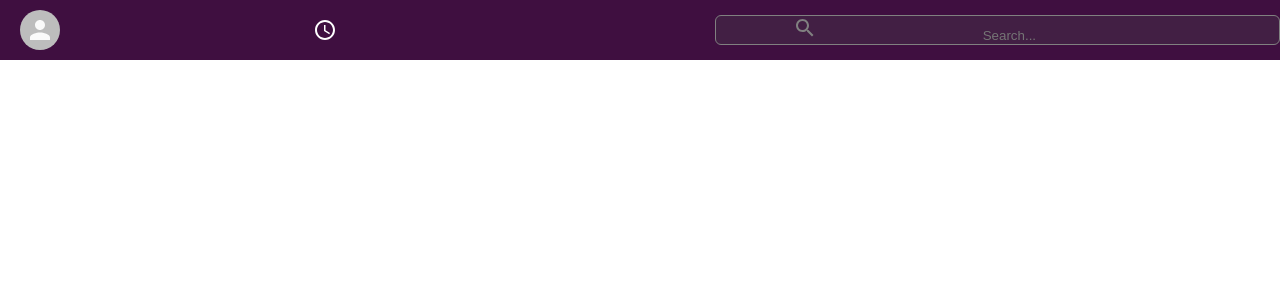
Repository: KrzysKolo/slackClone
Page: /
These files come from the project's save history. The page is drawn as it stood at one moment and after a run of saves; the edit follows.
The browser window is 1280 px wide. The pictures show the whole page.
The project was rebuilt for these pictures with package versions that can differ from the ones it lists, and the page was loaded fresh each time. Also part of the build but not shown: src/App.css.

Above is the page before, as saved 2021-12-22 17:48:24.

After the next 2 saves:
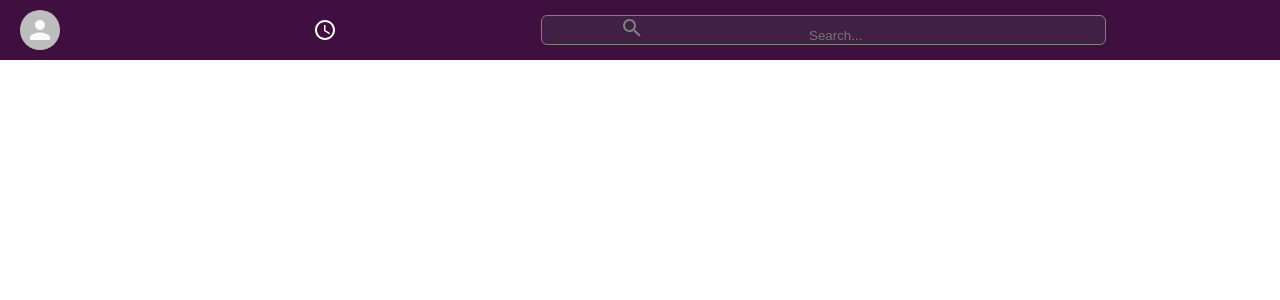
The 2 saves are shown as one change because 1 did not build or start.
The last was saved 5 min 9 s later.
--- a/src/components/Header/Header.js
+++ b/src/components/Header/Header.js
@@ -1,5 +1,5 @@
 import React from 'react';
-import { HeaderContainer, HeaderLeft, HeaderAvatar, HeaderSearch } from './style';
+import { HeaderContainer, HeaderLeft, HeaderAvatar, HeaderSearch, HeaderRight } from './style';
 import AccessTimeIcon from '@material-ui/icons/AccessTime';
 import SearchIcon from '@material-ui/icons/Search';
 
@@ -19,6 +19,9 @@ const Header = () => {
         <input placeholder='Search...' />
       </HeaderSearch>
       {/*  Header Right */}
+      <HeaderRight>
+
+      </HeaderRight>
     </HeaderContainer>
   )
 }
--- a/src/components/Header/style.js
+++ b/src/components/Header/style.js
@@ -45,5 +45,10 @@ export const HeaderSearch = styled.div`
     text-align: center;
     min-width: 30vw;
     outline: 0;
+    color: white;
+
   }
 `;
+export const HeaderRight = styled.div`
+
+`;
